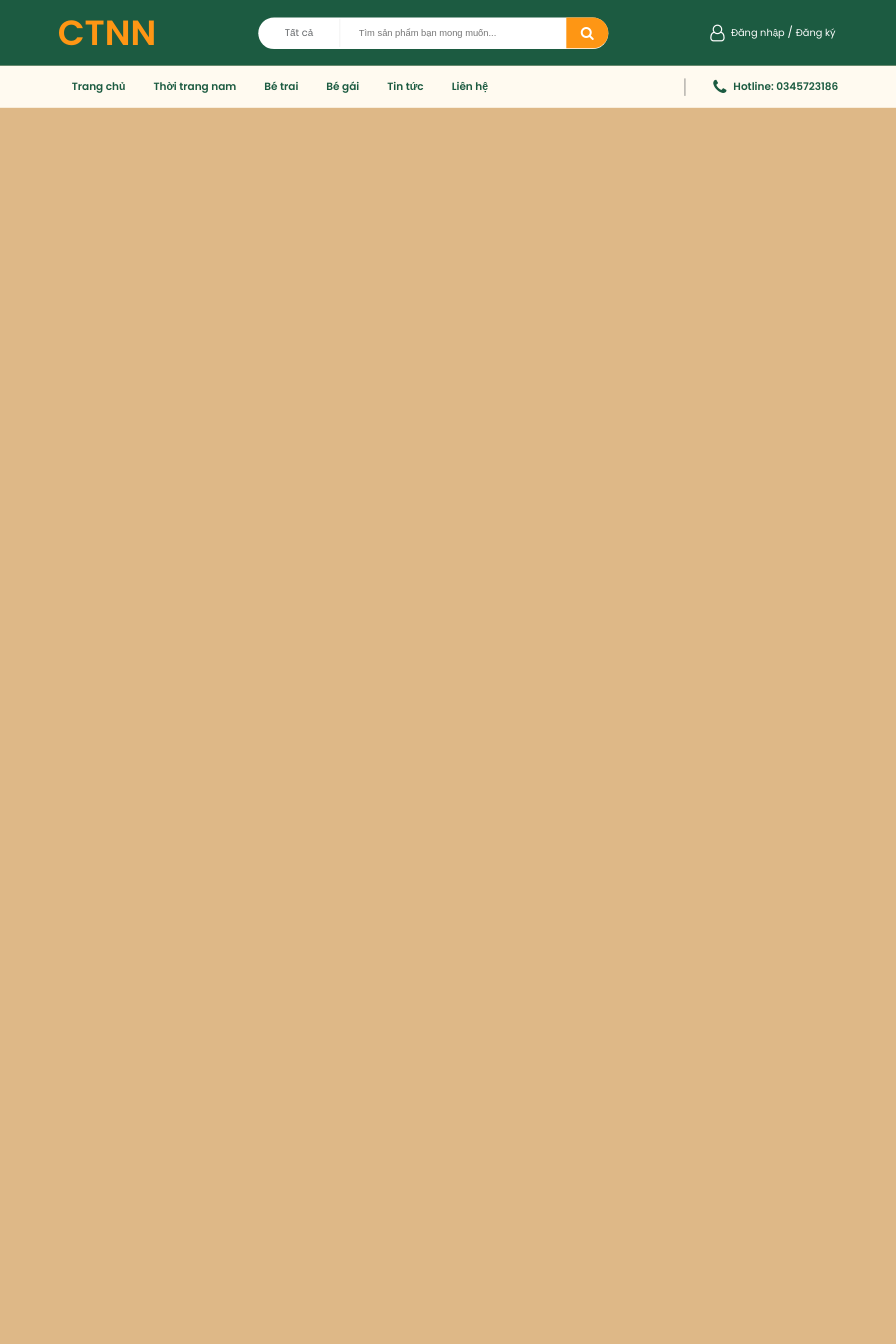
Repository: cuongchua2k2/BaiTapLon-web
Page: index.html
These files come from the project's save history. The page is drawn as it stood at one moment and after the next save; the edit follows.
The browser window is 1280 px wide. The pictures show the part of the page from y = 0 to 1920 px (the page is 5000 px tall), at 70% of full size.
The pointer rests on the first visible `.lv2`.

Above is the page before, as saved 2023-12-06 17:04:20.

### index.html
<!DOCTYPE html>
<html lang="en">
  <head>
    <meta charset="UTF-8" />
    <meta name="viewport" content="width=device-width, initial-scale=1.0" />
    <!-- reset css -->
    <link rel="stylesheet" href="./assets/css/reset.css" />
    <!-- style css -->
    <link rel="stylesheet" href="./assets/css/style.css" />
    <!-- icon -->
    <link
      rel="stylesheet"
      href="https://cdnjs.cloudflare.com/ajax/libs/font-awesome/4.7.0/css/font-awesome.min.css"
    />
    <!-- font  -->
    <link rel="stylesheet" href="./assets/font/stylesheet.css" />
    <title>Bài tập lớn - shop bán quần áo</title>
  </head>
  <body>
    <!-- header -->
    <header>
      <div id="header">
        <div class="content">
          <!-- header-nav -->
          <div class="nav">
            <div class="nav__logo">
              <a href="/"><span class="logo__content">CTNN</span></a>
            </div>
            <!-- search -->
            <div class="nav__search">
              <p class="nav__desc">Tất cả</p>
              <input
                type="text"
                class="nav__txtsearch"
                placeholder="Tìm sản phẩm bạn mong muốn..."
              />
              <button class="nav__btn--search">
                <i class="fa fa-search" style="font-size: 20px"></i>
              </button>
            </div>
            <!-- login -->
            <div class="login">
              <i
                class="fa fa-user-o"
                style="font-size: 24px; color: #fff; margin-right: 5px"
              ></i>
              <a href="#!" class="btn btn-login">Đăng nhập</a>
              <span style="color: #fff">/</span>
              <a href="#!" class="btn btn-create">Đăng ký</a>
            </div>
          </div>
        </div>
      </div>
      <!-- navbar -->
      <div class="navbar">
        <div class="content navbar__content">
          <ul class="navbar__lv1">
            <li>
              <a href="#!" class="active lv1__item">Trang chủ</a>
            </li>
            <li class="lv2">
              <a href="#!" class="lv1__item">Thời trang nam</a>
              <ul class="navbar__lv2">
                <li>
                  <a href="" class="lv1__item">Sơ mi nam</a>
                </li>
                <li>
                  <a href="" class="lv1__item">Quần âu nam</a>
                </li>
                <li>
                  <a href="" class="lv1__item">Quần short nam</a>
                </li>
              </ul>
            </li>
            <li>
              <a href="#!" class="lv1__item">Bé trai</a>
            </li>
            <li>
              <a href="#!" class="lv1__item">Bé gái</a>
            </li>
            <li>
              <a href="#!" class="lv1__item">Tin tức</a>
            </li>
            <li>
              <a href="#!" class="lv1__item">Liên hệ</a>
            </li>
          </ul>
          <div class="horizontal"></div>
          <a href="tel:0345723186" class="hotline">
            <i class="fa fa-phone" style="font-size: 24px; color: #1c5b41"></i>
            <span class="hotline__desc">Hotline: 0345723186</span>
          </a>
        </div>
      </div>
    </header>
    <!-- main -->
    <main></main>
    <!-- footer -->
    <footer></footer>
  </body>
</html>

### assets/css/style.css
:root {
  --primary-color: #fe9614;
}

* {
  box-sizing: border-box;
}

html {
  font-size: 62.5%;
}

body {
  font-family: "Poppins", sans-serif;
  font-size: 1.6rem;
  height: 5000px;
  background-color: burlywood;
}

/* =====================common ======================*/

a {
  text-decoration: none;
}

.content {
  width: 1115px;
  margin: 0px auto;
}

.btn {
  text-decoration: none;
  color: #fff;
  font-size: 1.4rem;
  font-weight: 400;
}

.btn:hover {
  opacity: 0.7;
  color: var(--primary-color);
}

/* =====================header========================= */

/* =========== header nav===============*/

#header {
  padding: 22px 0;
  background-color: #1c5b41;
}

.nav {
  display: flex;
  justify-content: space-between;
  align-items: center;
}

.logo__content {
  font-size: 5rem;
  font-weight: 600;
  color: var(--primary-color);
}

.nav__search {
  height: 45px;
  width: 500px;
  padding: 4px 0;
  display: flex;
  justify-content: space-between;
  align-items: center;
  background-color: #fff;
  border-radius: 999px;
}

.nav__desc {
  opacity: 0.7;
  padding: 13px 38px;
  font-size: 1.4rem;
  color: #212529;
  font-weight: 400;
  border-right: 1px solid #e5e5e5;
}

.nav__txtsearch {
  width: 300px;
  height: 40px;
  padding: 15px;
  border: none;
}

.nav__btn--search {
  cursor: pointer;
  height: 44px;
  width: 60px;
  border-radius: 0 40px 40px 0;
  color: #fff;
  background: var(--primary-color);
  border: var(--primary-color);
}

.nav__btn--search:hover {
  background-color: #fff;
  color: var(--primary-color);
}

.login {
  display: flex;
  align-items: center;
}

.btn-login,
.btn-create {
  padding: 8px 4px;
}

/* ===========navbar=============== */

.navbar {
  background-color: #fffaf0;
  height: 60px;
}

.navbar__content {
  display: flex;
  align-items: center;
  justify-content: space-between;
  line-height: 60px;
}

.horizontal {
  height: 25px;
  opacity: 0.7;
  width: 1px;
  background-color: #212529;
  margin-left: auto;
}

.navbar__lv1 {
  display: flex;
}

.lv1__item {
  padding: 15px 20px;
  font-weight: 600;
  font-size: 1.5rem;
  color: #1c5b41;
}

.lv1__item:hover {
  color: var(--primary-color);
}

.hotline {
  display: flex;
  align-items: center;
  margin-left: 40px;
}

.hotline__desc {
  margin-left: 10px;
  font-weight: 600;
  font-size: 1.5rem;
  color: #1c5b41;
}

.hotline__desc:hover {
  color: var(--primary-color);
}

.lv2 {
  position: relative;
}

.navbar__lv2 {
  display: none;
  position: absolute;
  background-color: #fff;
  transform: perspective(600px) rotateX(0deg);
  z-index: 1;
}

.navbar__lv2 > li:not(:first-child) {
  border-top: 1px solid #666;
}

.navbar__lv2 > li > .lv1__item {
  display: inline-block;
  padding: 0 30px;
}

.lv2:hover {
  display: block;
}

### assets/font/stylesheet.css
@font-face {
    font-family: 'Poppins';
    src: url('Poppins-Black.woff2') format('woff2'),
        url('Poppins-Black.woff') format('woff');
    font-weight: 900;
    font-style: normal;
    font-display: swap;
}

@font-face {
    font-family: 'Poppins';
    src: url('Poppins-Bold.woff2') format('woff2'),
        url('Poppins-Bold.woff') format('woff');
    font-weight: bold;
    font-style: normal;
    font-display: swap;
}

@font-face {
    font-family: 'Poppins';
    src: url('Poppins-BlackItalic.woff2') format('woff2'),
        url('Poppins-BlackItalic.woff') format('woff');
    font-weight: 900;
    font-style: italic;
    font-display: swap;
}

@font-face {
    font-family: 'Poppins';
    src: url('Poppins-BoldItalic.woff2') format('woff2'),
        url('Poppins-BoldItalic.woff') format('woff');
    font-weight: bold;
    font-style: italic;
    font-display: swap;
}

@font-face {
    font-family: 'Poppins';
    src: url('Poppins-ExtraLightItalic.woff2') format('woff2'),
        url('Poppins-ExtraLightItalic.woff') format('woff');
    font-weight: 200;
    font-style: italic;
    font-display: swap;
}

@font-face {
    font-family: 'Poppins';
    src: url('Poppins-ExtraBoldItalic.woff2') format('woff2'),
        url('Poppins-ExtraBoldItalic.woff') format('woff');
    font-weight: bold;
    font-style: italic;
    font-display: swap;
}

@font-face {
    font-family: 'Poppins';
    src: url('Poppins-ExtraBold.woff2') format('woff2'),
        url('Poppins-ExtraBold.woff') format('woff');
    font-weight: bold;
    font-style: normal;
    font-display: swap;
}

@font-face {
    font-family: 'Poppins';
    src: url('Poppins-Italic.woff2') format('woff2'),
        url('Poppins-Italic.woff') format('woff');
    font-weight: normal;
    font-style: italic;
    font-display: swap;
}

@font-face {
    font-family: 'Poppins';
    src: url('Poppins-ExtraLight.woff2') format('woff2'),
        url('Poppins-ExtraLight.woff') format('woff');
    font-weight: 200;
    font-style: normal;
    font-display: swap;
}

@font-face {
    font-family: 'Poppins';
    src: url('Poppins-Regular.woff2') format('woff2'),
        url('Poppins-Regular.woff') format('woff');
    font-weight: normal;
    font-style: normal;
    font-display: swap;
}

@font-face {
    font-family: 'Poppins';
    src: url('Poppins-LightItalic.woff2') format('woff2'),
        url('Poppins-LightItalic.woff') format('woff');
    font-weight: 300;
    font-style: italic;
    font-display: swap;
}

@font-face {
    font-family: 'Poppins';
    src: url('Poppins-SemiBold.woff2') format('woff2'),
        url('Poppins-SemiBold.woff') format('woff');
    font-weight: 600;
    font-style: normal;
    font-display: swap;
}

@font-face {
    font-family: 'Poppins';
    src: url('Poppins-Light.woff2') format('woff2'),
        url('Poppins-Light.woff') format('woff');
    font-weight: 300;
    font-style: normal;
    font-display: swap;
}

@font-face {
    font-family: 'Poppins';
    src: url('Poppins-Medium.woff2') format('woff2'),
        url('Poppins-Medium.woff') format('woff');
    font-weight: 500;
    font-style: normal;
    font-display: swap;
}

@font-face {
    font-family: 'Poppins';
    src: url('Poppins-MediumItalic.woff2') format('woff2'),
        url('Poppins-MediumItalic.woff') format('woff');
    font-weight: 500;
    font-style: italic;
    font-display: swap;
}

@font-face {
    font-family: 'Poppins';
    src: url('Poppins-Thin.woff2') format('woff2'),
        url('Poppins-Thin.woff') format('woff');
    font-weight: 100;
    font-style: normal;
    font-display: swap;
}

@font-face {
    font-family: 'Poppins';
    src: url('Poppins-ThinItalic.woff2') format('woff2'),
        url('Poppins-ThinItalic.woff') format('woff');
    font-weight: 100;
    font-style: italic;
    font-display: swap;
}

@font-face {
    font-family: 'Poppins';
    src: url('Poppins-SemiBoldItalic.woff2') format('woff2'),
        url('Poppins-SemiBoldItalic.woff') format('woff');
    font-weight: 600;
    font-style: italic;
    font-display: swap;
}

Loaded but not shown: assets/css/reset.css (common file)

After the next save:
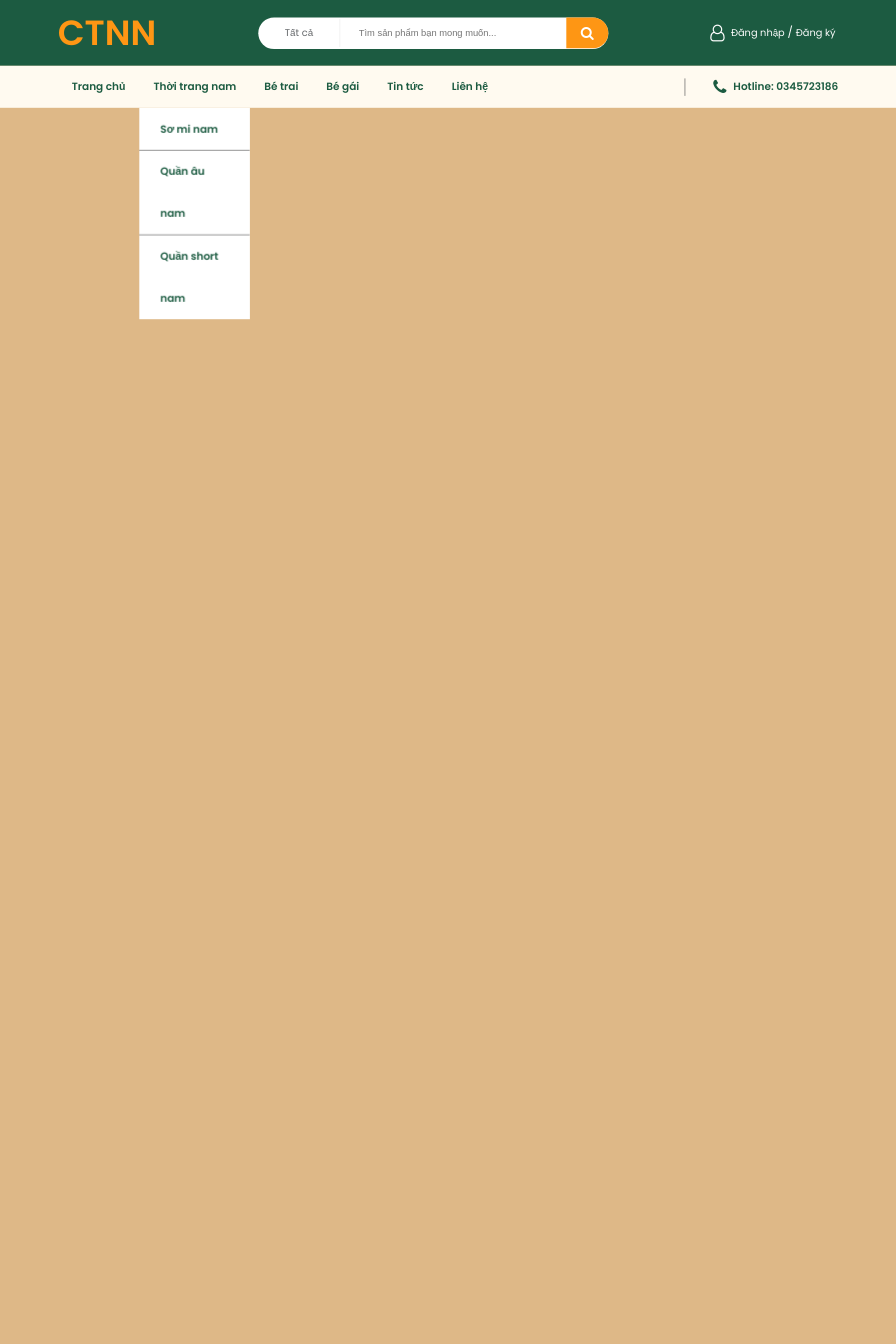
Saved 23 s later.
--- a/assets/css/style.css
+++ b/assets/css/style.css
@@ -188,6 +188,6 @@ a {
   padding: 0 30px;
 }
 
-.lv2:hover {
+.lv2:hover .navbar__lv2 {
   display: block;
 }
